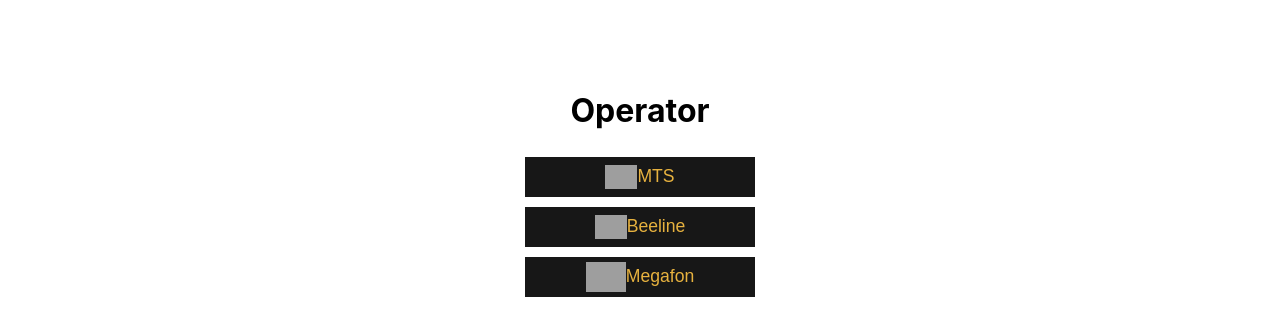
Repository: MiroslavWise/operatop-pay
Page: /
An editor plug-in stored every save of this project. The page is shown before and after the next save, followed by the edit.
The browser window is 1280 px wide. The pictures show the whole page.
Pictures or frames that could not be fetched are drawn as grey boxes. The project was rebuilt for these pictures with package versions that can differ from the ones it lists, and the page was loaded fresh each time. The framework's server and built-in components were replaced by stand-ins that run in the browser. Also part of the build but not shown: next.config.js.

Above is the page before, as saved 2022-02-18 13:48:35.

After the next save:
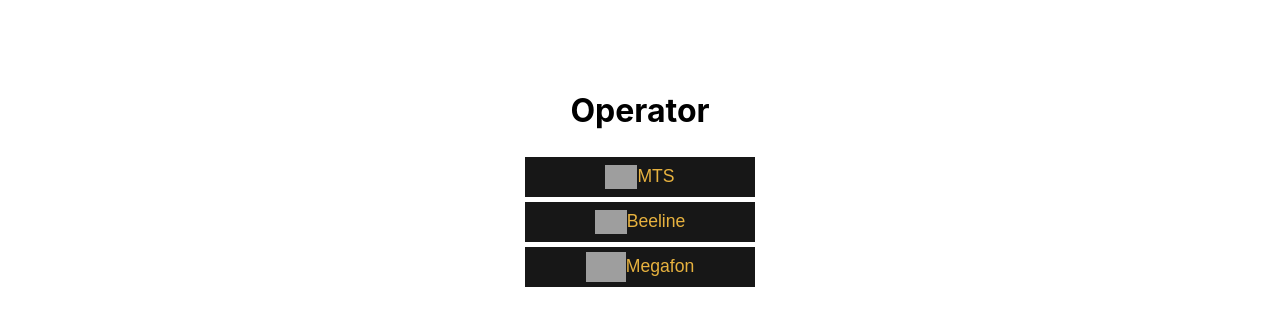
Saved 17 s later.
--- a/styles/Home.module.css
+++ b/styles/Home.module.css
@@ -46,7 +46,7 @@
     margin:auto;
 }
 
-nav {
+.nav {
     display: flex;
     flex-direction: column;
     justify-content: center;
